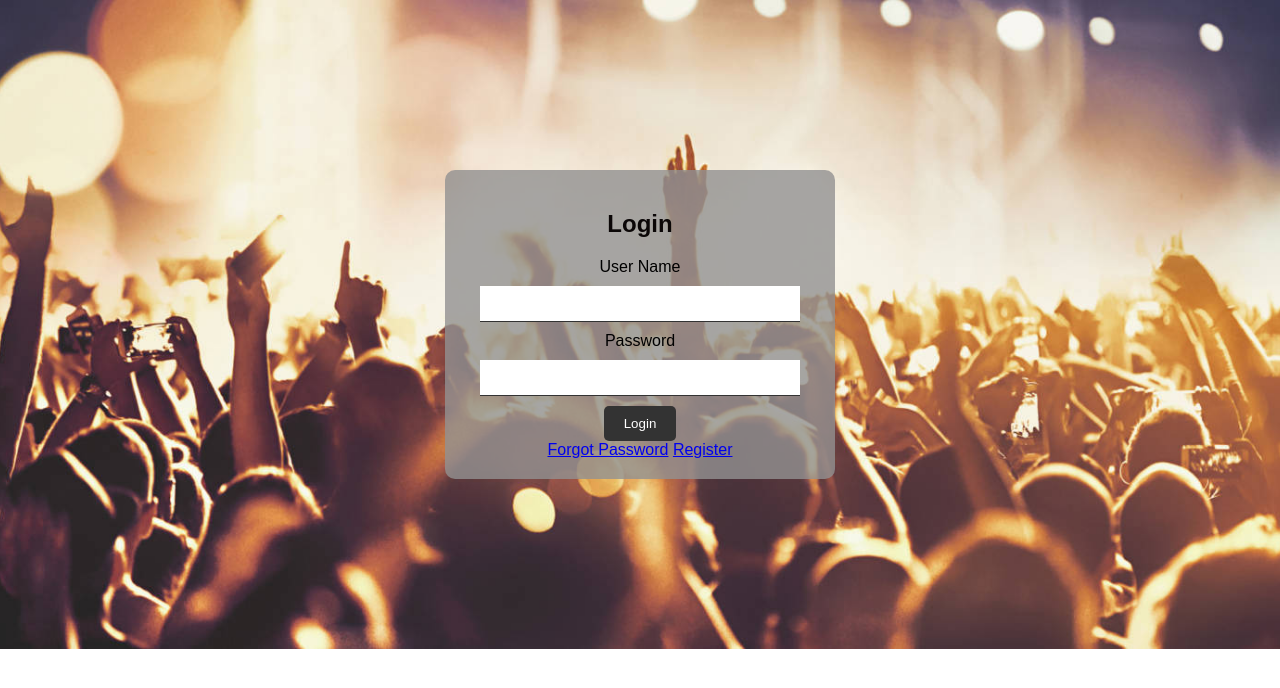
Repository: Dulankayapa/2ndyearoopprojrct
Page: http://localhost/feedback/login.jsp
An editor plug-in stored every save of this project. The page is shown before and after the next save, followed by the edit.
The browser window is 1280 px wide. The pictures show the whole page.
The page is served by Tomcat 9. Other server files are loaded and not shown.

Above is the page before, as saved 2023-10-23 12:01:41.

### feedback/src/main/webapp/login.jsp
<!DOCTYPE html>
<html>
<head>
    <meta charset="UTF-8">
    <title>Beautiful Login Page</title>
    <style>
        body {
             background-image: url("Case-Event-economics.jpg");
    background-size: cover;
    background-position: center;
    background-repeat: no-repeat;
            font-family: Arial, sans-serif;
             margin: 0;
        }

        .login-container {
            background: rgba(147, 145, 145, 0.8);
            border-radius: 10px;
            text-align: center;
            padding: 20px;
            width: 350px;
             margin: 170px auto;



        }

        h2 {
            color: #0b0707;
        }

        input[type="text"],
        input[type="password"] {
            width: 300px;
            padding: 10px;
            margin: 10px 0;
            border: none;
            border-bottom: 1px solid #333;
            outline: none;
        }

        input[type="submit"] {
            background-color: #333;
            color: #fff;
            padding: 10px 20px;
            border: none;
            border-radius: 5px;
            cursor: pointer;
        }

        input[type="submit"]:hover {
            background-color: #0a0808;
        }
    </style>
</head>
<body>
<div class="login-container">
    <form action="log" method="post">
        <h2>Login</h2>
        User Name <input type="text" name="uid" required><br>
        Password <input type="password" name="pass" required><br>
        <input type="submit" name="submit" value="Login"><br>
        <a href = "updateaccount.jsp">Forgot Password</a>
        <a href="Registration.jsp">Register </a>
    </form>
    </div>
</body>
</html>

After the next save:
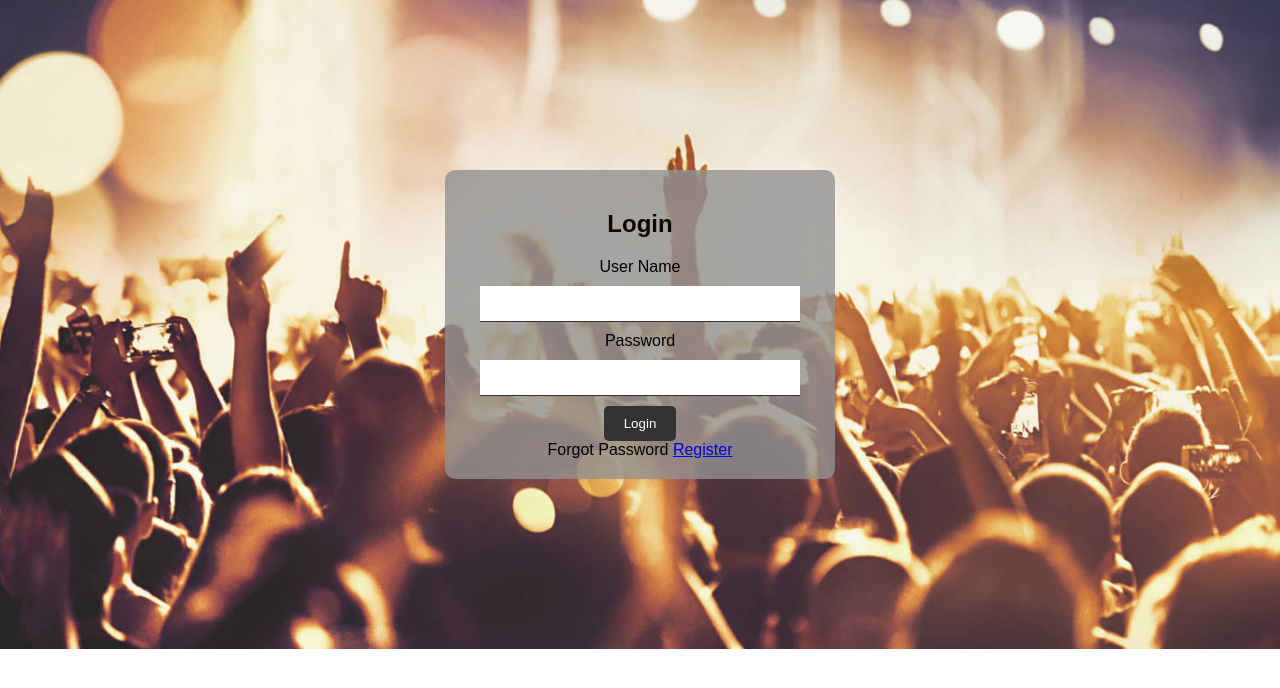
Saved 33 s later.
--- a/feedback/src/main/webapp/login.jsp
+++ b/feedback/src/main/webapp/login.jsp
@@ -60,7 +60,7 @@
         User Name <input type="text" name="uid" required><br>
         Password <input type="password" name="pass" required><br>
         <input type="submit" name="submit" value="Login"><br>
-        <a href = "updateaccount.jsp">Forgot Password</a>
+        <a style="text-align:left;  = "updateaccount.jsp">Forgot Password</a>
         <a href="Registration.jsp">Register </a>
     </form>
     </div>

After the save that followed:
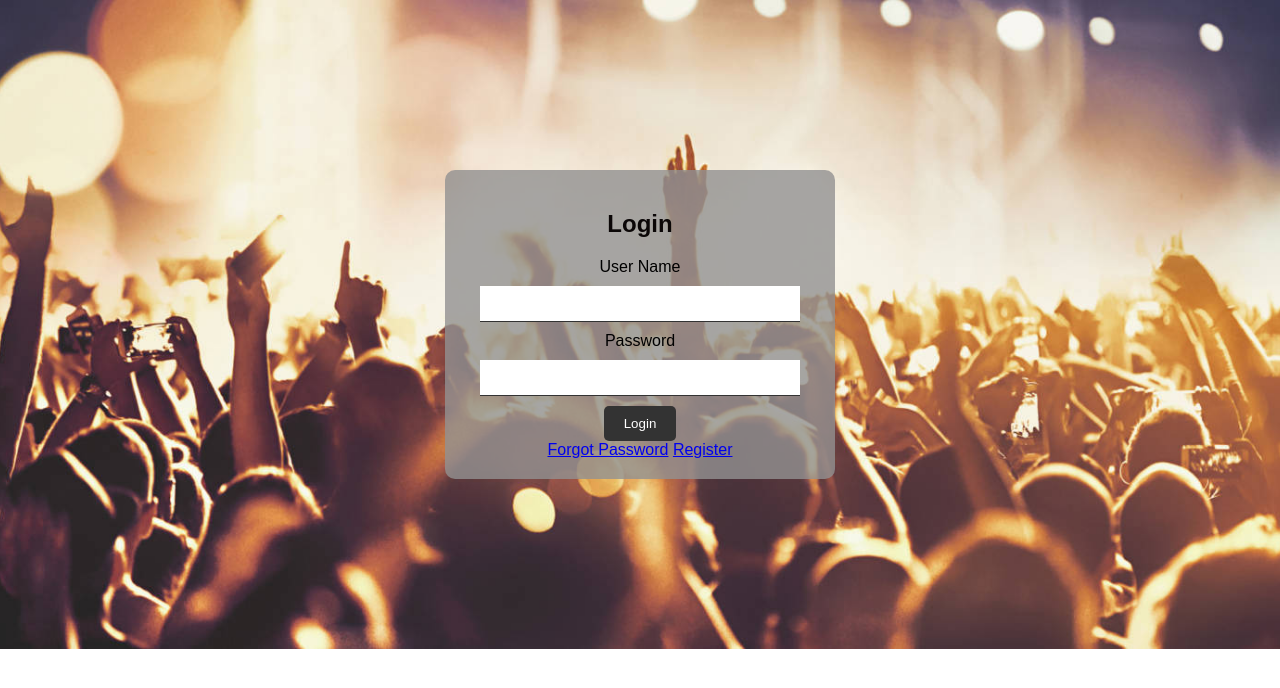
Saved 85 s later.
--- a/feedback/src/main/webapp/login.jsp
+++ b/feedback/src/main/webapp/login.jsp
@@ -60,8 +60,8 @@
         User Name <input type="text" name="uid" required><br>
         Password <input type="password" name="pass" required><br>
         <input type="submit" name="submit" value="Login"><br>
-        <a style="text-align:left;  = "updateaccount.jsp">Forgot Password</a>
-        <a href="Registration.jsp">Register </a>
+        <a style="text-align:left;"   href ="updateaccount.jsp">Forgot Password</a>
+        <a href="Registration.jsp">   Register </a>
     </form>
     </div>
 </body>
